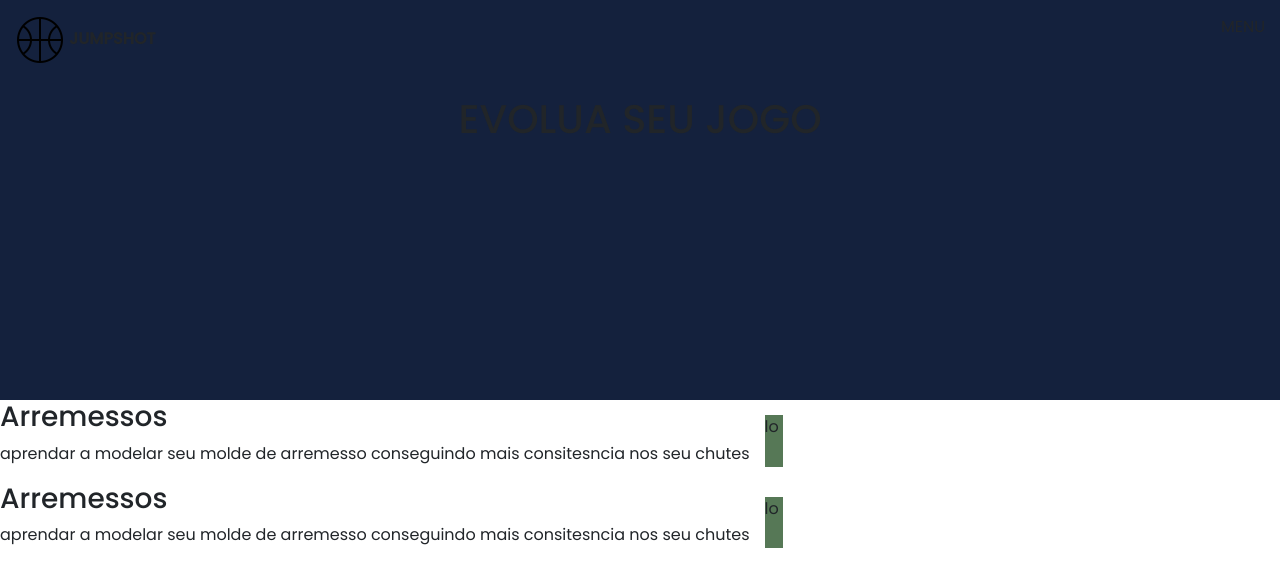
Repository: luisbisp/Jumpshot
Page: index.htm
An editor plug-in stored every save of this project. The page is shown before and after the next save, followed by the edit.
The browser window is 1280 px wide. The pictures show the whole page.

Above is the page before, as saved 2021-07-07 13:23:19.

After the next save:
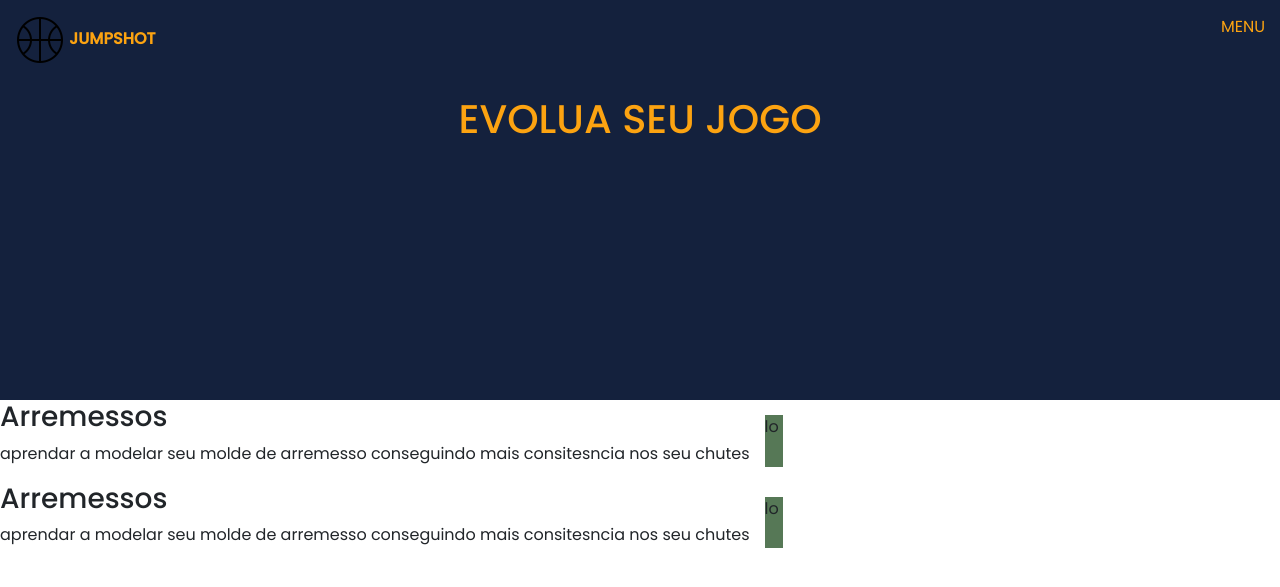
Saved 28 s later.
--- a/styles/styles.css
+++ b/styles/styles.css
@@ -4,6 +4,7 @@
  header {
      background-color: #14213d;
      height: 400px;
+     color: #fca311;
  }
  .div-header{
        display: flex;
